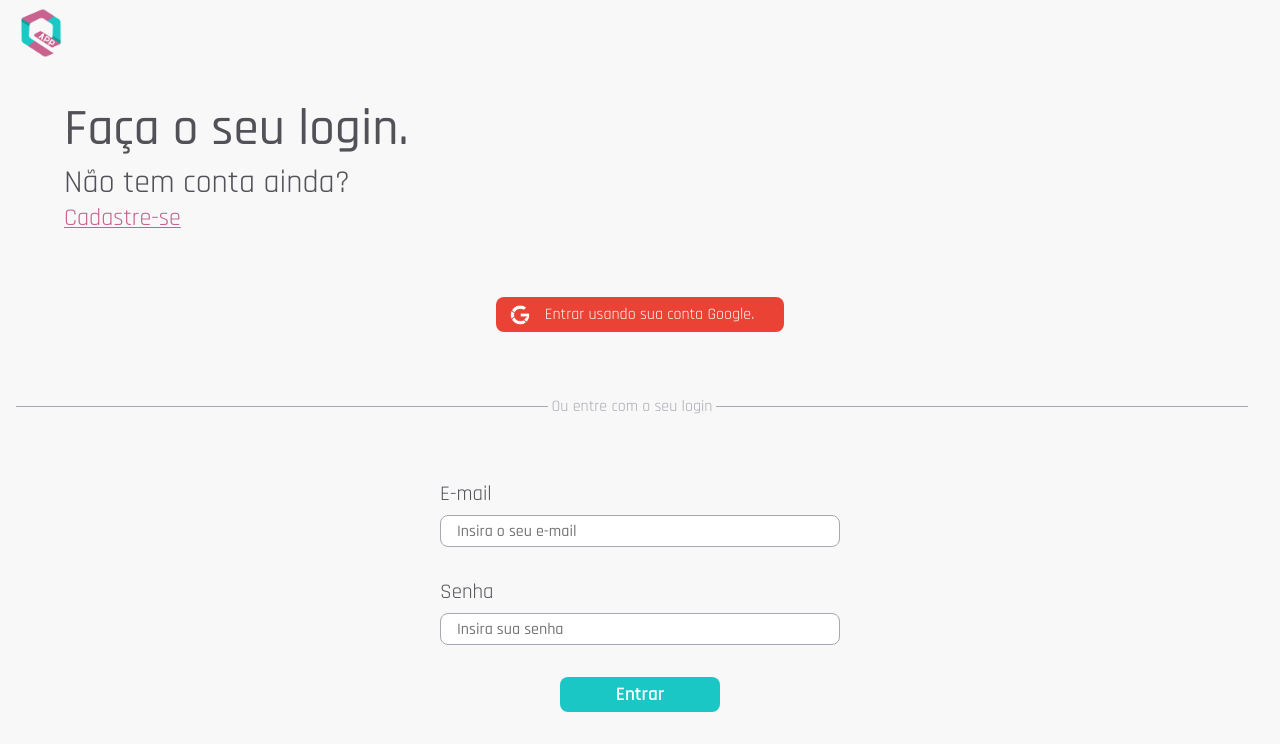
Repository: kika-cavalher/qapp-web
Page: /
An editor plug-in stored every save of this project. The page is shown before and after the next save, followed by the edit.
The browser window is 1280 px wide. The pictures show the whole page.
The page's requests for data from a server got no answer. The project was rebuilt for these pictures with package versions that can differ from the ones it lists, and the page was loaded fresh each time. No one was signed in, and anything a server would have sent is missing. Also part of the build but not shown: src/pages/Register.tsx.

Above is the page before, as saved 2022-02-28 14:33:29.

### public/index.html
<!DOCTYPE html>
<html lang="pt-br">
  <head>
    <meta charset="utf-8" />
    <meta name="viewport" content="width=device-width, initial-scale=1" />

    <link rel="preconnect" href="https://fonts.googleapis.com">
    <link rel="preconnect" href="https://fonts.gstatic.com" crossorigin>
    <link href="https://fonts.googleapis.com/css2?family=Rajdhani:wght@300;400;500;600;700&display=swap" rel="stylesheet">

    <title>QApp</title>
  </head>
  <body>
    <noscript>You need to enable JavaScript to run this app.</noscript>
    <div id="root"></div>
  </body>
</html>

### src/index.tsx
import React from 'react';
import ReactDOM from 'react-dom';
import App from './App';

import './styles/global/styles.scss';
import './services/firebase'


ReactDOM.render(
  <React.StrictMode>
    <App />
  </React.StrictMode>,
  document.getElementById('root')
);

### src/App.tsx
import { BrowserRouter, Routes, Route } from "react-router-dom";

import { LoginPage } from "./pages/Login";
import { RegisterPage } from "./pages/Register";

function App() {
  return (
    <BrowserRouter>
      <Routes>
        <Route path="/" element={<LoginPage />} />
        <Route path="register" element={<RegisterPage  />} />
      </Routes>
    </BrowserRouter>
  );
}

export default App;

### src/styles/global/styles.scss
@import 'variables.scss';

* {
    box-sizing: border-box;
    margin: 0;
    padding: 0;
  }

  body {
    background: $white-offwhite;
    color: $dark-grey;
  }

  body, input, button, textarea {
    font: 400 16px 'Rajdhani', sans-serif;
  }

### src/services/firebase.ts
import { initializeApp } from "firebase/app";
import { getAuth } from "firebase/auth";
import { getFirestore } from 'firebase/firestore/lite';


const firebaseConfig = {
    apiKey: process.env.REACT_APP_API_KEY,
    authDomain: process.env.REACT_APP_AUTH_DOMAIN,
    databaseURL: process.env.REACT_APP_DATABASE_URL,
    projectId: process.env.REACT_APP_PROJECT_ID,
    storageBucket: process.env.REACT_APP_STORAGE_BUCKET,
    messagingSenderId: process.env.REACT_APP_MESSAGING_SENDER_ID,
    appId: process.env.REACT_APP_APP_ID
  };

const app = initializeApp(firebaseConfig);

export const auth = getAuth();
export const db = getFirestore(app);

### src/pages/Login.tsx
import { Link } from 'react-router-dom'
import { useNavigate } from 'react-router-dom';

import imgLogin from '../assets/images/imgLogin.jpg';
import logoQapp from '../assets/images/logoQapp.png';
import googleIconImg from '../assets/icon/googleIconImg.png';

import '../styles/pages/login.scss'

import { Button } from '../components/Button';

export function LoginPage() {
    const history = useNavigate();

    function navigateToHome(e: { preventDefault: () => void; }) {
        e.preventDefault();
        history('/');
    }

    return (
        <div id="page-login">
            <main>
                <div className='page-login--main__container'>
                    <div className='page-login--main__logo'>
                        <img onClick={navigateToHome} id="img-logo" src={logoQapp} alt="Logo da empresa QApp" />
                    </div>
                    <div className='page-login--main__title'>
                        <h1>Faça o seu login.</h1>
                        <h2>Não tem conta ainda? </h2>
                        <Link to='/register' className='page-login--main__link-register'>
                        Cadastre-se
                        </Link>
                        {/* <Link to="/">Cadastre-se</Link> */}
                    </div>
                    <div className='page-login--main__google'>
                        <button className='btn__google'>
                            <img id="img-icon__google" src={googleIconImg} alt="Logo da empresa QApp" />
                            <p>Entrar usando sua conta Google.</p>
                        </button>
                    </div>
                    <div className='page-login--main__divider'>
                        <div>Ou entre com o seu login</div>
                    </div>
                    <div className='page-login--main__login-forms'>
                        <form>
                            <div className='page-login--login-forms__name'>
                                <p>E-mail</p>
                                <input type="text" placeholder="Insira o seu e-mail"/>
                            </div>
                            <div className='page-login--login-forms__password'>
                                <p>Senha</p>
                                <input type="text" placeholder="Insira sua senha"/>
                            </div>
                            <div className='btn__send'>
                                <Button type="submit">Entrar</Button>
                            </div>
                        </form>
                    </div>
                </div>

                <div className='page-login--main__img'>
                    <img src={imgLogin} alt="Imagem decorativa na pagina" />
                </div>
            </main>
        </div>
    )
}

### src/styles/global/variables.scss
//colors
$white: #fff;
$white-offwhite: #f8f8f8;
$grey_border: #a8a8b3;
$dark-grey: #515158;

$turquoise: #1ac7c5;
$dark-greenish: #119d9c;
$dark-pink: #c86291;
$light-pink: #ddbcc3;

$red_google: #ea4335;

// media queries
$monitor-width: 1300px;
$monitor-height: 900px;
@mixin monitor {
    @media (min-width: #{$monitor-width}) and (min-height: #{$monitor-height}) {
        @content;
    }
}

$notebook-width: 1300px;
$notebook-height: 900px;
@mixin notebook {
    @media (max-width: #{$notebook-width}) and (max-height: #{$notebook-height}) {
        @content;
    }
}

$tablet-width: 800px;
$tablet-height: 500px;
@mixin tablet {
    @media (min-width: #{$tablet-width}) and (min-height: #{$tablet-height}) {
        @content;
    }
}

$phone-width: 750px;
$phone-height: 500px;
@mixin phone {
    @media (min-width: #{$phone-width}) and (min-height: #{$phone-height}) {
        @content;
    }
}

### src/styles/pages/login.scss
@import '../global/variables.scss';


#page-login {
    background: $white-offwhite;
    display: flex;
    height: 100vh;

}

main{
    display: flex;
    flex-direction: row;
}

.page-login--main__container {
    display: flex;
    flex-direction: column;
    padding: 0 1rem;

    @include monitor {
        width: 40vw;
    }

    @include notebook {
        width: 50vw;
    }

    @include tablet {
        width: 100vw;
    }
}

.page-login--main__logo {

    #img-logo {
        cursor: pointer;
        margin-top: 0.5rem;

        @include monitor {
            width: 100px;
        }

        @include tablet {
            width: 50px;
        }

        @include phone {
        }
    }
}

.page-login--main__title {
    display: flex;
    flex-direction: column;
    margin: 2rem 3rem;

    h1 {
        font-size: 3.2rem;
        font-weight: 500;

        @include monitor {
        }

        @include notebook {
        }

        @include tablet {
        }

        @include phone {
        }
    }

    h2 {
        font-size: 2rem;
        font-weight: 400;
    }

    .page-login--main__link-register {
        color: $dark-pink;
        cursor: pointer;
        font-size: 1.5rem;
        font-weight: 400;
        text-decoration: underline 1px;
        text-underline-position: from-font;
            &:hover {
                font-weight: 600;
            }
        }
}

.page-login--main__google {
    align-self: center;
    display: flex;
    margin: 2rem 0;
    width: 18rem;
}

.page-login--main__divider {
    color: $grey_border;
    font-size: 1rem;

    align-items: center;
    display: flex;
    margin: 2rem 1rem 2rem 0;

    &::before {
        background: $grey_border;
        content: '';
        flex: 1;
        margin-right: 0.2rem;
        height: 1px;
    }

    &::after {
        background: $grey_border;
        content: '';
        flex: 1;
        margin-left: 0.2rem;
        height: 1px;
    }
}

.page-login--main__login-forms {
    display: flex;
    justify-content: center;
    width: 100%;

    form {
        align-items: center;
        display: flex;
        flex-direction: column;
        margin: 2rem 0;
        max-width: 25rem;
        width: 75%;

        p {
            font-size: 1.3rem
        }

        input {
            background: $white;
            border: 1px solid $grey_border;
            border-radius: 8px;
            color: $dark-grey;
            font-weight: 500;
            height: 2rem;
            margin: 0.5rem 0;
            outline: none;
            padding: 0 16px;
            width: 100%;

            &:hover {
                border: 2px solid $dark-greenish;
            }

            &:focus-visible {
                border: 2px solid $dark-greenish;
            }
        }
    }
}

.page-login--login-forms__name{
    width: 100%;
}

.page-login--login-forms__password{
    margin: 1.5rem 0;
    width: 100%;
}

.page-login--main__img {

    img {
        box-shadow: -8px 0px 20px rgba(0, 0, 0, 0.1);
        height: 100vh;
    }

    @include monitor {
        display: block;
        width: 60vw;
    }

    @include notebook {
        width: 50vw;
    }

    @include tablet {
        display: none;
    }
}

### src/components/Button.tsx
import {ButtonHTMLAttributes} from 'react'

import '../styles/global/button.scss'

type ButtonProps = ButtonHTMLAttributes<HTMLButtonElement>

export function Button (props:ButtonProps) {
    return (
        <button className="button" {...props} />
    )
}


/* import { useNavigate } from 'react-router-dom'; */


/*     const history = useNavigate();

    function navigateToRegisterPage(e: { preventDefault: () => void; }) {
        e.preventDefault();
        history('/register');
    } */

### src/styles/global/button.scss
@import '../global/variables.scss';

.btn__send {

    button {
        align-items: center;
        background: $turquoise;
        border: 0;
        border-radius: 8px;
        color: $white;
        cursor: pointer;
        display: flex;
        flex-direction: row;
        font-size: 1.2rem;
        font-weight: 600;
        height: 35px;
        justify-content: center;
        width: 10rem;
    }
}

.btn__google {
    align-items: center;
    background: $red_google;
    border: 0;
    border-radius: 8px;
    color: $white-offwhite;
    cursor: pointer;
    display: flex;
    flex-direction: row;
    height: 35px;
    transition: filter 0.2s;
    width: 100%;

    #img-icon__google {
        margin: 0 5%;
        width: 20px;
    }
}

After the next save:
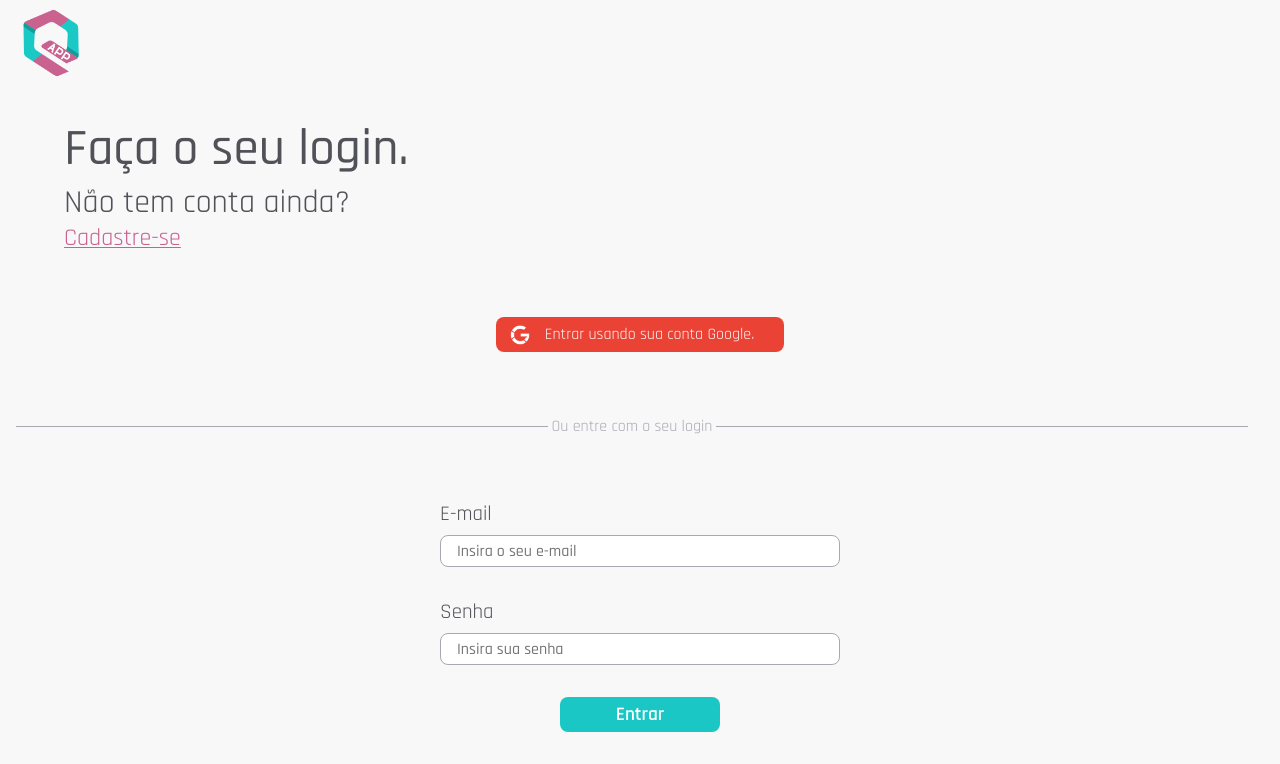
Saved 6 s later.
--- a/src/styles/pages/login.scss
+++ b/src/styles/pages/login.scss
@@ -42,7 +42,7 @@ main{
         }
 
         @include tablet {
-            width: 50px;
+            width: 70px;
         }
 
         @include phone {
